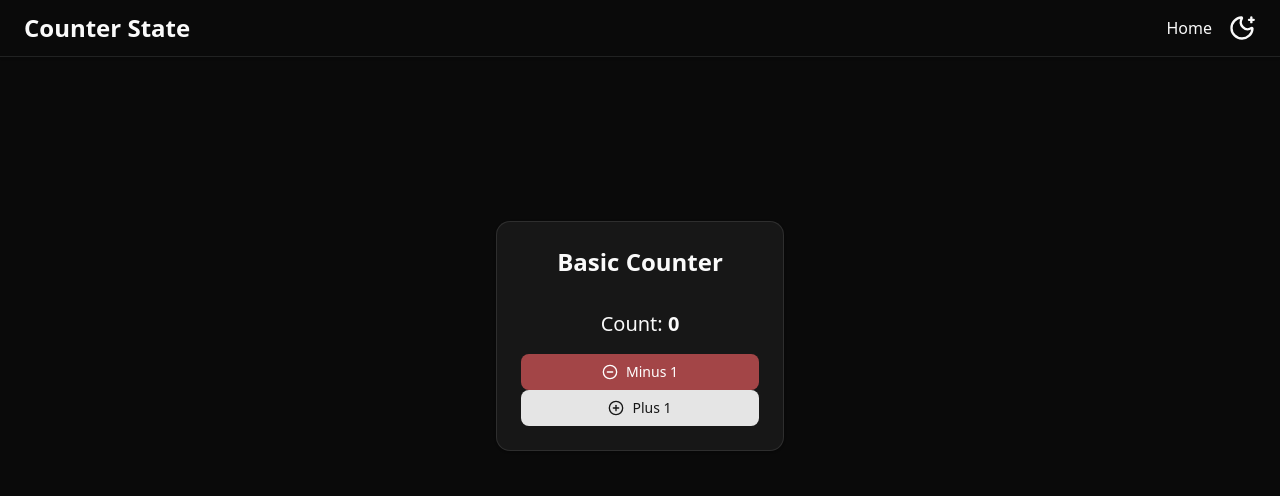
Repository: dev-piyushsarkar/counter-state-project
Page: /
The author's editor kept a copy of each file at every save. The page is drawn from the files as they stood at one save, then again after a run of saves.
The browser window is 1280 px wide. The pictures show the whole page.
The project was rebuilt for these pictures with package versions that can differ from the ones it lists, and the page was loaded fresh each time. The framework's server and built-in components were replaced by stand-ins that run in the browser. Also part of the build but not shown: next.config.ts.

Above is the page before, as saved 2025-11-15 13:55:00.

### src/app/layout.tsx
import Header from "@/components/Header/Header";
import ThemeProvider from "@/components/Providers/ThemeProvider";
import "./globals.css";

type RootLayoutProps = {
	children: React.ReactNode;
};

const RootLayout = ({ children }: Readonly<RootLayoutProps>) => {
	return (
		<html
			lang="en"
			suppressHydrationWarning>
			<body>
				<ThemeProvider
					attribute={"class"}
					defaultTheme="dark"
					enableSystem={false}>
					<Header />

					<main className="mx-auto max-w-7xl px-6 py-3">{children}</main>
				</ThemeProvider>
			</body>
		</html>
	);
};

export default RootLayout;

### src/app/page.tsx
import { Button } from "@/components/shadcnui/button";
import {
	Card,
	CardContent,
	CardHeader,
	CardTitle,
} from "@/components/shadcnui/card";
import { MinusCircle, PlusCircleIcon } from "lucide-react";
import { Metadata } from "next";

export const metadata: Metadata = {
	title: "Nextjs Starter Frontend",
	description: "Production grade Next.js starter template",
};

const page = () => {
	return (
		<section className="grid h-[90dvh] place-items-center">
			<Card className="w-2xs">
				<CardHeader>
					<CardTitle className="text-center text-2xl font-semibold">
						Basic Counter
					</CardTitle>
				</CardHeader>
				<CardContent className="space-y-4">
					<div className="text-center text-xl">
						Count: <span className="font-bold">0</span>
					</div>
					<div className="grid items-center">
						<Button variant={"destructive"}>
							<MinusCircle /> Minus 1
						</Button>
						<Button>
							<PlusCircleIcon /> Plus 1
						</Button>
					</div>
				</CardContent>
			</Card>
		</section>
	);
};

export default page;

### src/components/Header/Header.tsx
import Link from "next/link";
import ThemeToggleButton from "../ThemeToggleButton";

const Header = () => {
	return (
		<header
			className="fixed right-0 left-0 border-b shadow"
			aria-label="app-header">
			<div className="mx-auto flex max-w-7xl items-center justify-between px-6 py-3">
				<Link href={"/"}>
					<h1
						className="text-2xl font-semibold"
						aria-label="App Name">
						Counter State
					</h1>
				</Link>

				<nav className="flex items-center gap-4">
					<Link href={"/"}>Home</Link>

					<ThemeToggleButton />
				</nav>
			</div>
		</header>
	);
};

export default Header;

### src/components/Providers/ThemeProvider.tsx
"use client";

import { ThemeProvider as NextThemesProvider } from "next-themes";
import { ComponentProps } from "react";

type ThemeProviderProps = ComponentProps<typeof NextThemesProvider>;

const ThemeProvider = ({ children, ...props }: ThemeProviderProps) => {
	return <NextThemesProvider {...props}>{children}</NextThemesProvider>;
};

export default ThemeProvider;

### src/components/shadcnui/button.tsx
import * as React from "react"
import { Slot } from "@radix-ui/react-slot"
import { cva, type VariantProps } from "class-variance-authority"

import { cn } from "@/lib/utils"

const buttonVariants = cva(
  "inline-flex items-center justify-center gap-2 whitespace-nowrap rounded-md text-sm font-medium transition-all disabled:pointer-events-none disabled:opacity-50 [&_svg]:pointer-events-none [&_svg:not([class*='size-'])]:size-4 shrink-0 [&_svg]:shrink-0 outline-none focus-visible:border-ring focus-visible:ring-ring/50 focus-visible:ring-[3px] aria-invalid:ring-destructive/20 dark:aria-invalid:ring-destructive/40 aria-invalid:border-destructive",
  {
    variants: {
      variant: {
        default: "bg-primary text-primary-foreground hover:bg-primary/90",
        destructive:
          "bg-destructive text-white hover:bg-destructive/90 focus-visible:ring-destructive/20 dark:focus-visible:ring-destructive/40 dark:bg-destructive/60",
        outline:
          "border bg-background shadow-xs hover:bg-accent hover:text-accent-foreground dark:bg-input/30 dark:border-input dark:hover:bg-input/50",
        secondary:
          "bg-secondary text-secondary-foreground hover:bg-secondary/80",
        ghost:
          "hover:bg-accent hover:text-accent-foreground dark:hover:bg-accent/50",
        link: "text-primary underline-offset-4 hover:underline",
      },
      size: {
        default: "h-9 px-4 py-2 has-[>svg]:px-3",
        sm: "h-8 rounded-md gap-1.5 px-3 has-[>svg]:px-2.5",
        lg: "h-10 rounded-md px-6 has-[>svg]:px-4",
        icon: "size-9",
        "icon-sm": "size-8",
        "icon-lg": "size-10",
      },
    },
    defaultVariants: {
      variant: "default",
      size: "default",
    },
  }
)

function Button({
  className,
  variant,
  size,
  asChild = false,
  ...props
}: React.ComponentProps<"button"> &
  VariantProps<typeof buttonVariants> & {
    asChild?: boolean
  }) {
  const Comp = asChild ? Slot : "button"

  return (
    <Comp
      data-slot="button"
      className={cn(buttonVariants({ variant, size, className }))}
      {...props}
    />
  )
}

export { Button, buttonVariants }

### src/components/shadcnui/card.tsx
import * as React from "react"

import { cn } from "@/lib/utils"

function Card({ className, ...props }: React.ComponentProps<"div">) {
  return (
    <div
      data-slot="card"
      className={cn(
        "bg-card text-card-foreground flex flex-col gap-6 rounded-xl border py-6 shadow-sm",
        className
      )}
      {...props}
    />
  )
}

function CardHeader({ className, ...props }: React.ComponentProps<"div">) {
  return (
    <div
      data-slot="card-header"
      className={cn(
        "@container/card-header grid auto-rows-min grid-rows-[auto_auto] items-start gap-2 px-6 has-data-[slot=card-action]:grid-cols-[1fr_auto] [.border-b]:pb-6",
        className
      )}
      {...props}
    />
  )
}

function CardTitle({ className, ...props }: React.ComponentProps<"div">) {
  return (
    <div
      data-slot="card-title"
      className={cn("leading-none font-semibold", className)}
      {...props}
    />
  )
}

function CardDescription({ className, ...props }: React.ComponentProps<"div">) {
  return (
    <div
      data-slot="card-description"
      className={cn("text-muted-foreground text-sm", className)}
      {...props}
    />
  )
}

function CardAction({ className, ...props }: React.ComponentProps<"div">) {
  return (
    <div
      data-slot="card-action"
      className={cn(
        "col-start-2 row-span-2 row-start-1 self-start justify-self-end",
        className
      )}
      {...props}
    />
  )
}

function CardContent({ className, ...props }: React.ComponentProps<"div">) {
  return (
    <div
      data-slot="card-content"
      className={cn("px-6", className)}
      {...props}
    />
  )
}

function CardFooter({ className, ...props }: React.ComponentProps<"div">) {
  return (
    <div
      data-slot="card-footer"
      className={cn("flex items-center px-6 [.border-t]:pt-6", className)}
      {...props}
    />
  )
}

export {
  Card,
  CardHeader,
  CardFooter,
  CardTitle,
  CardAction,
  CardDescription,
  CardContent,
}

### src/components/ThemeToggleButton.tsx
"use client";

import { MoonStar, Sun } from "lucide-react";
import { useTheme } from "next-themes";

const ThemeToggleButton = () => {
	const { theme, setTheme } = useTheme();

	return (
		<button
			onClick={() => setTheme(theme === "dark" ? "light" : "dark")}
			className="flex cursor-pointer items-center">
			<Sun
				size={28}
				className="-rotate-90 opacity-100 transition-all duration-300 dark:rotate-0 dark:opacity-0"
			/>

			<MoonStar
				size={28}
				className="absolute -rotate-90 opacity-0 transition-all duration-300 dark:rotate-0 dark:opacity-100"
			/>
		</button>
	);
};

export default ThemeToggleButton;

### src/lib/utils.ts
import { clsx, type ClassValue } from "clsx";
import { twMerge } from "tailwind-merge";

export const cn: typeof clsx = (...inputs: ClassValue[]) => {
	return twMerge(clsx(inputs));
};

Loaded but not shown: src/app/globals.css (common file)

After the next 2 saves:
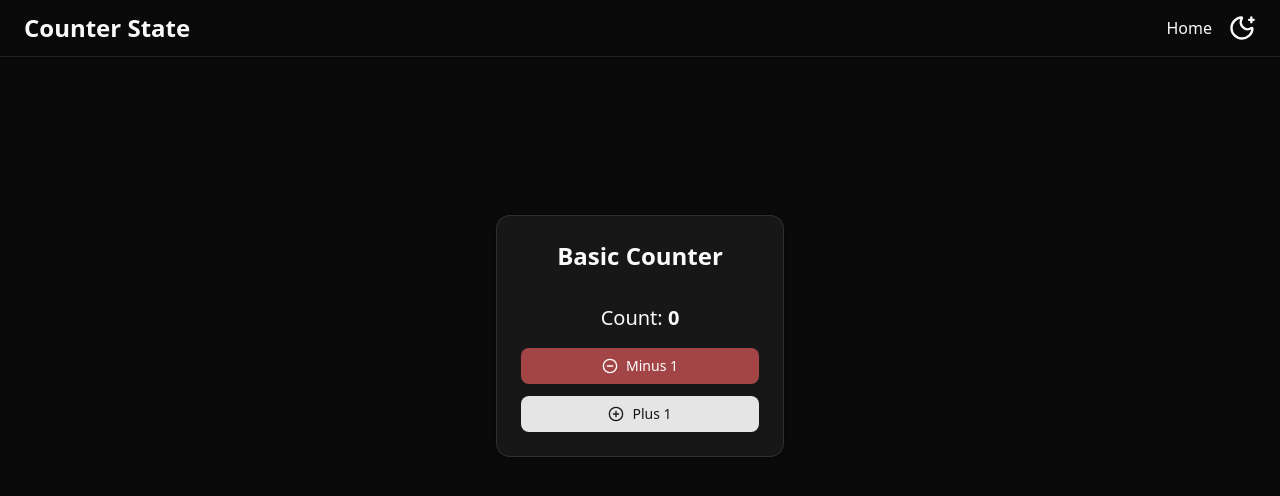
The 2 saves are shown as one change because they came seconds apart.
The last was saved 11 s later.
--- a/src/app/page.tsx
+++ b/src/app/page.tsx
@@ -26,7 +26,7 @@ const page = () => {
 					<div className="text-center text-xl">
 						Count: <span className="font-bold">0</span>
 					</div>
-					<div className="grid items-center">
+					<div className="grid items-center gap-3">
 						<Button variant={"destructive"}>
 							<MinusCircle /> Minus 1
 						</Button>
